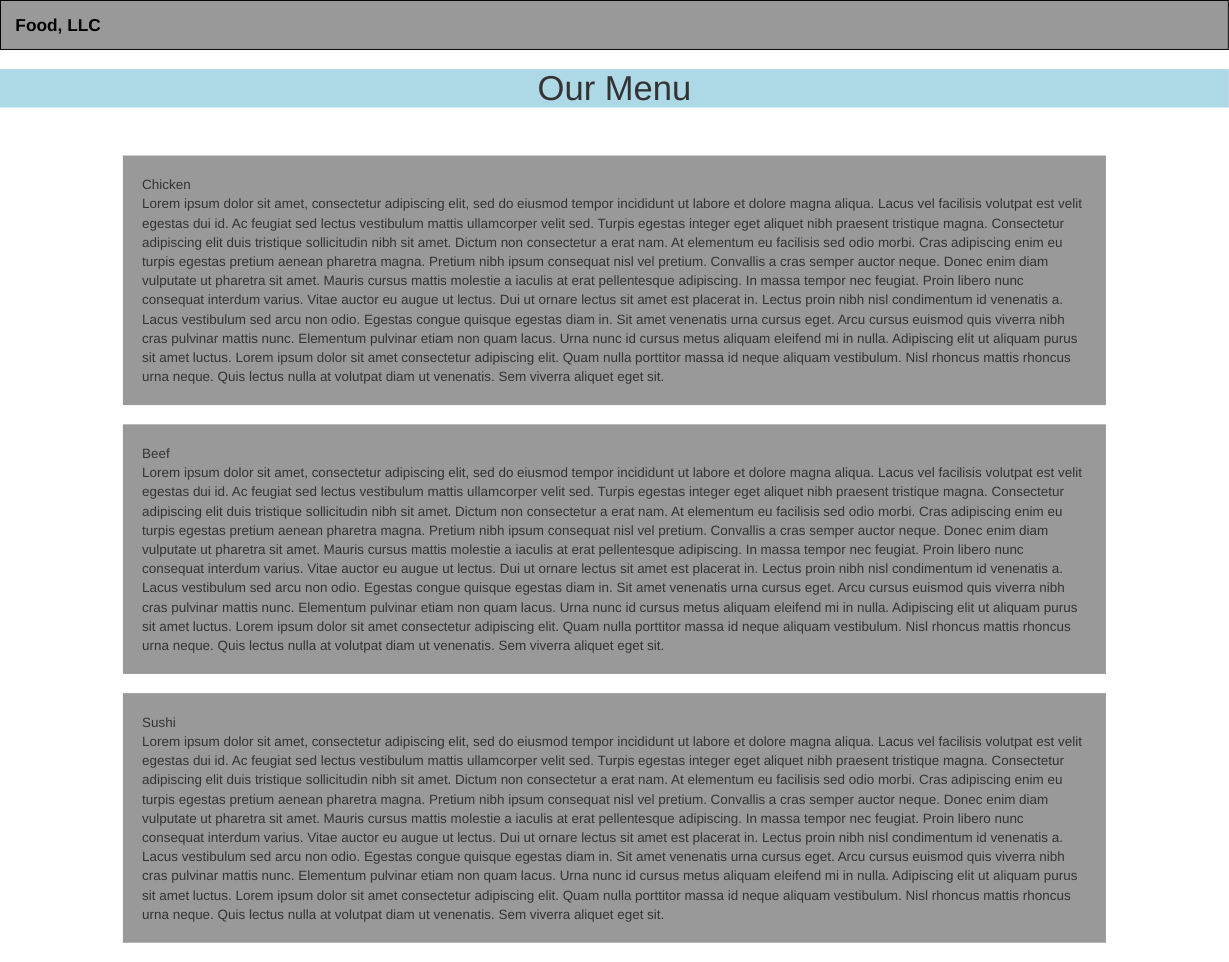
Repository: Cynthia-woo/coursera_frontend_JHU
Page: module3-solution/index.html
An editor plug-in stored every save of this project. The page is shown before and after the next save, followed by the edit.
The browser window is 1280 px wide. The pictures show the whole page, at 96% of full size.

Above is the page before, as saved 2024-04-20 02:52:56.

### module3-solution/index.html
<!doctype html>
<html lang="en">
  <head>
    <meta charset="utf-8">
    <meta http-equiv="X-UA-Compatible" content="IE=edge">
    <meta name="viewport" content="width=device-width, initial-scale=1">

    <!-- HTML5 shim and Respond.js for IE8 support of HTML5 elements and media queries -->
    <!-- WARNING: Respond.js doesn't work if you view the page via file:// -->
    <!--[if lt IE 9]>
      <script src="https://oss.maxcdn.com/html5shiv/3.7.2/html5shiv.min.js"></script>
      <script src="https://oss.maxcdn.com/respond/1.4.2/respond.min.js"></script>
    <![endif]-->

    <title>Assignment3-solution</title>
    <link rel="stylesheet" href="css/bootstrap.min.css">
    <link rel="stylesheet" href="css/styles.css">
  </head>
<body>
    <header>
        <nav id="header-nav" class="navbar navbar-default">
          <div class="container-fluid">
            <div class="navbar-header">
              <div class="navbar-brand">
                <a href="index.html"><span>Food, LLC</span></a>
              </div>

              <button type="button" class="navbar-toggle collapsed" data-toggle="collapse" data-target="#collapsable-nav" aria-expanded="false">
                <span class="sr-only">Toggle navigation</span>
                <span class="icon-bar"></span>
                <span class="icon-bar"></span>
                <span class="icon-bar"></span>
              </button>
            </div>


            <div id="collapsable-nav" class="collapse navbar-collapse hidden-lg hidden-md">
               <ul id="nav-list" class="nav navbar-nav navbar-right">
                <li>
                  <a href="menu-categories.html">
                    <br class="hidden-xs">Chicken</a>
                </li>
                <li>
                  <a href="#">
                    </span><br class="hidden-xs">Beef</a>
                </li>
                <li>
                  <a href="#">
                    <br class="hidden-xs">Sushi</a>
                </li>
              </ul><!-- #nav-list -->
            </div><!-- .collapse .navbar-collapse -->
          </div><!-- .container -->
        </nav><!-- #header-nav -->
      </header>

      <h1 id="main_title">Our Menu</h1>

      <section>
        <div id="all_dishes" class="row">
            <div class="col-md-12 col-sm-12 col-xs-12">
                <div class="dish_title">Chicken</div>
                <div class="dish_detail">Lorem ipsum dolor sit amet, consectetur adipiscing elit, sed do eiusmod tempor incididunt ut labore et dolore magna aliqua. Lacus vel facilisis volutpat est velit egestas dui id. Ac feugiat sed lectus vestibulum mattis ullamcorper velit sed. Turpis egestas integer eget aliquet nibh praesent tristique magna. Consectetur adipiscing elit duis tristique sollicitudin nibh sit amet. Dictum non consectetur a erat nam. At elementum eu facilisis sed odio morbi. Cras adipiscing enim eu turpis egestas pretium aenean pharetra magna. Pretium nibh ipsum consequat nisl vel pretium. Convallis a cras semper auctor neque. Donec enim diam vulputate ut pharetra sit amet. Mauris cursus mattis molestie a iaculis at erat pellentesque adipiscing. In massa tempor nec feugiat. Proin libero nunc consequat interdum varius. Vitae auctor eu augue ut lectus.

                    Dui ut ornare lectus sit amet est placerat in. Lectus proin nibh nisl condimentum id venenatis a. Lacus vestibulum sed arcu non odio. Egestas congue quisque egestas diam in. Sit amet venenatis urna cursus eget. Arcu cursus euismod quis viverra nibh cras pulvinar mattis nunc. Elementum pulvinar etiam non quam lacus. Urna nunc id cursus metus aliquam eleifend mi in nulla. Adipiscing elit ut aliquam purus sit amet luctus. Lorem ipsum dolor sit amet consectetur adipiscing elit. Quam nulla porttitor massa id neque aliquam vestibulum. Nisl rhoncus mattis rhoncus urna neque. Quis lectus nulla at volutpat diam ut venenatis. Sem viverra aliquet eget sit.</div>
            </div>
            <div class="col-md-12 col-sm-12 col-xs-12">
                <div class="dish_title">Beef</div>
                <div class="dish_detail">Lorem ipsum dolor sit amet, consectetur adipiscing elit, sed do eiusmod tempor incididunt ut labore et dolore magna aliqua. Lacus vel facilisis volutpat est velit egestas dui id. Ac feugiat sed lectus vestibulum mattis ullamcorper velit sed. Turpis egestas integer eget aliquet nibh praesent tristique magna. Consectetur adipiscing elit duis tristique sollicitudin nibh sit amet. Dictum non consectetur a erat nam. At elementum eu facilisis sed odio morbi. Cras adipiscing enim eu turpis egestas pretium aenean pharetra magna. Pretium nibh ipsum consequat nisl vel pretium. Convallis a cras semper auctor neque. Donec enim diam vulputate ut pharetra sit amet. Mauris cursus mattis molestie a iaculis at erat pellentesque adipiscing. In massa tempor nec feugiat. Proin libero nunc consequat interdum varius. Vitae auctor eu augue ut lectus.

                    Dui ut ornare lectus sit amet est placerat in. Lectus proin nibh nisl condimentum id venenatis a. Lacus vestibulum sed arcu non odio. Egestas congue quisque egestas diam in. Sit amet venenatis urna cursus eget. Arcu cursus euismod quis viverra nibh cras pulvinar mattis nunc. Elementum pulvinar etiam non quam lacus. Urna nunc id cursus metus aliquam eleifend mi in nulla. Adipiscing elit ut aliquam purus sit amet luctus. Lorem ipsum dolor sit amet consectetur adipiscing elit. Quam nulla porttitor massa id neque aliquam vestibulum. Nisl rhoncus mattis rhoncus urna neque. Quis lectus nulla at volutpat diam ut venenatis. Sem viverra aliquet eget sit.</div>
            </div>
            <div class="col-md-12 col-sm-12 col-xs-12">
                <div class="dish_title">Sushi</div>
                <div class="dish_detail">Lorem ipsum dolor sit amet, consectetur adipiscing elit, sed do eiusmod tempor incididunt ut labore et dolore magna aliqua. Lacus vel facilisis volutpat est velit egestas dui id. Ac feugiat sed lectus vestibulum mattis ullamcorper velit sed. Turpis egestas integer eget aliquet nibh praesent tristique magna. Consectetur adipiscing elit duis tristique sollicitudin nibh sit amet. Dictum non consectetur a erat nam. At elementum eu facilisis sed odio morbi. Cras adipiscing enim eu turpis egestas pretium aenean pharetra magna. Pretium nibh ipsum consequat nisl vel pretium. Convallis a cras semper auctor neque. Donec enim diam vulputate ut pharetra sit amet. Mauris cursus mattis molestie a iaculis at erat pellentesque adipiscing. In massa tempor nec feugiat. Proin libero nunc consequat interdum varius. Vitae auctor eu augue ut lectus.

                    Dui ut ornare lectus sit amet est placerat in. Lectus proin nibh nisl condimentum id venenatis a. Lacus vestibulum sed arcu non odio. Egestas congue quisque egestas diam in. Sit amet venenatis urna cursus eget. Arcu cursus euismod quis viverra nibh cras pulvinar mattis nunc. Elementum pulvinar etiam non quam lacus. Urna nunc id cursus metus aliquam eleifend mi in nulla. Adipiscing elit ut aliquam purus sit amet luctus. Lorem ipsum dolor sit amet consectetur adipiscing elit. Quam nulla porttitor massa id neque aliquam vestibulum. Nisl rhoncus mattis rhoncus urna neque. Quis lectus nulla at volutpat diam ut venenatis. Sem viverra aliquet eget sit.</div>
            </div>
      </section>


  <!-- jQuery (Bootstrap JS plugins depend on it) -->
  <script src="js/jquery-1.11.3.min.js"></script>
  <script src="js/bootstrap.min.js"></script>
  <script src="js/script.js"></script>
</body>
</html>

### module3-solution/css/styles.css
* {
    margin: 0;
    padding: 0;
    box-sizing: border-box;
}
.navbar-default{
    background-color: #999;
    border: 1px solid black;
    border-radius: 0;
}

.navbar-brand a{
    color: black;
    font-weight: bold;
}

.navbar-brand a:hover {
    text-decoration: none;
}



#main_title {
    text-align: center;
    background-color: lightblue;
    margin-bottom: 50px;
}


.row {
    margin: 0 auto;
    width: 80%;
}

.col-md-12, .col-sm-12, .col-xs-12 {
    /* width: 80%; */
    margin: 0 auto 20px auto;
    background-color: #999;
    padding: 20px;
}

Loaded but not shown: module3-solution/css/bootstrap.min.css (library); module3-solution/js/jquery-1.11.3.min.js (library); module3-solution/js/bootstrap.min.js (library); module3-solution/js/script.js (no stored copy; drawn as an empty file)

After the next save:
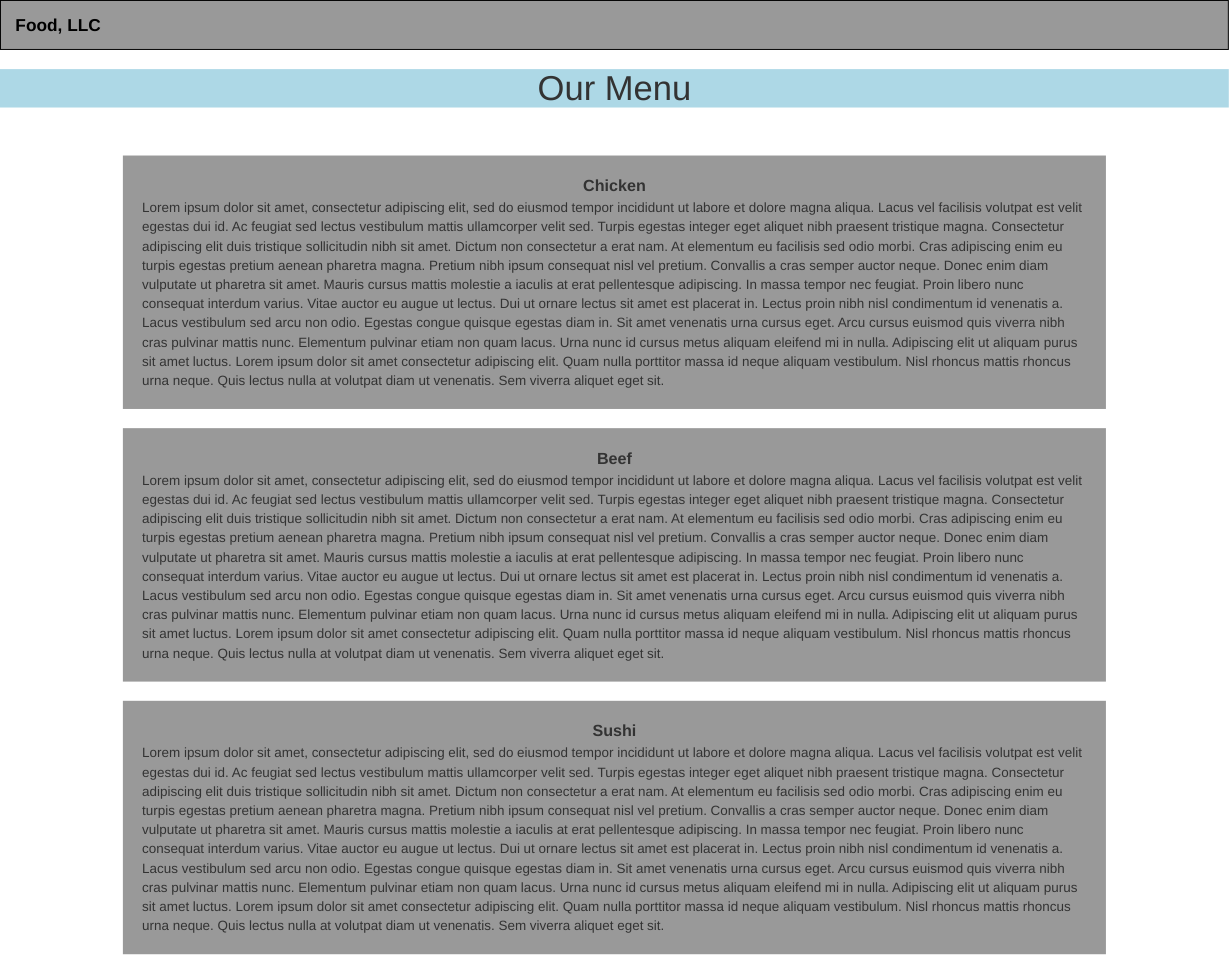
Saved 38 s later.
--- a/module3-solution/css/styles.css
+++ b/module3-solution/css/styles.css
@@ -38,3 +38,9 @@
     background-color: #999;
     padding: 20px;
 }
+
+.dish_title {
+    text-align: center;
+    font-size: 1.2em;
+    font-weight: bold;
+}
